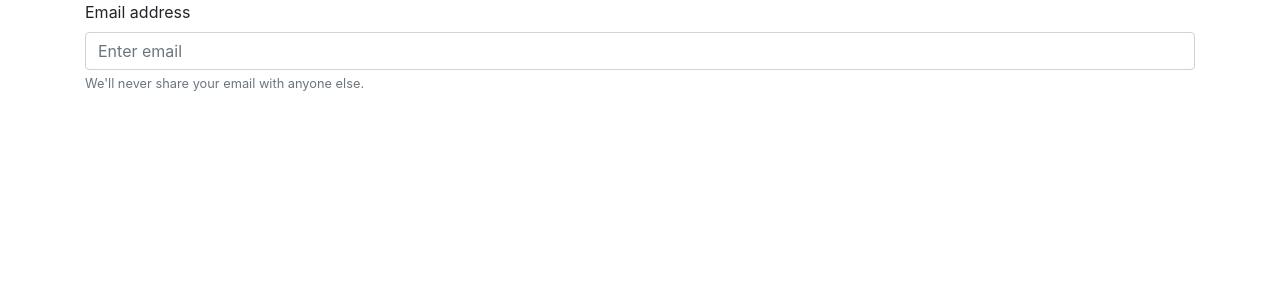
Repository: priyaadya/spring-practice-codes
Page: http://localhost/mvcspring/contact
An editor plug-in stored every save of this project. The page is shown before and after the next save, followed by the edit.
The browser window is 1280 px wide. The pictures show the whole page.
Some web libraries are served in a nearby version. The page is served by Tomcat 9.

Above is the page before, as saved 2023-06-04 05:45:22.

After the next save:
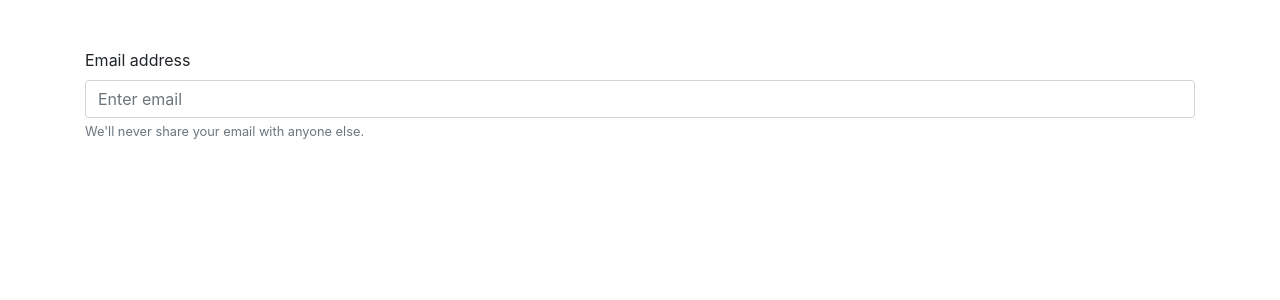
Saved 26 s later.
--- a/mvcspring/src/main/webapp/WEB-INF/views/contact.jsp
+++ b/mvcspring/src/main/webapp/WEB-INF/views/contact.jsp
@@ -14,7 +14,7 @@
   </head>
   <body>
 
-<div class="container" mt-5>
+<div class="container mt-5">
 <form>
 
  <div class="form-group">
